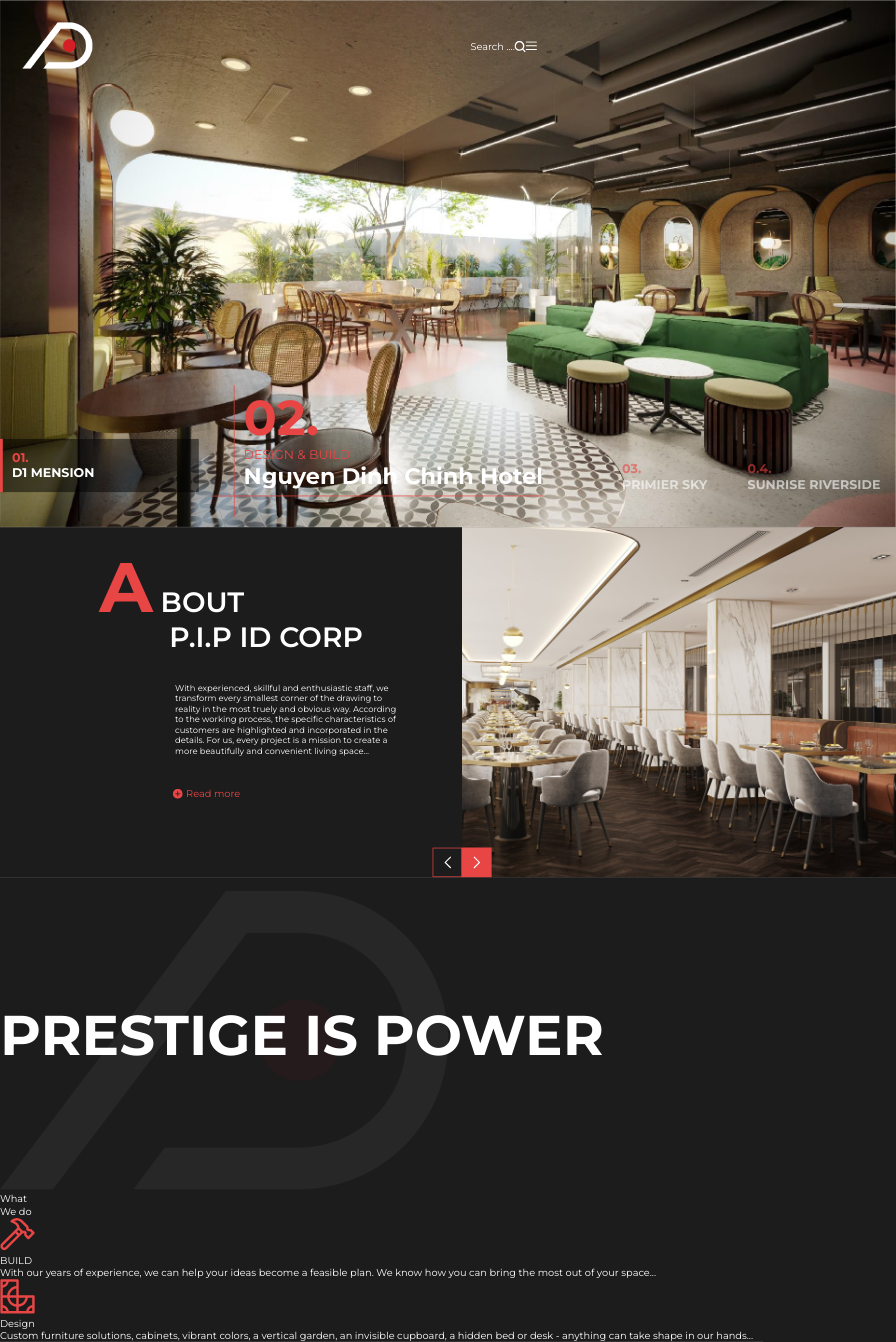
Repository: huudang2840/pipHomePage
Page: index.html
An editor plug-in stored every save of this project. The page is shown before and after a run of saves, followed by the edit.
The browser window is 1280 px wide. The pictures show the whole page, at 70% of full size.

Above is the page before, as saved 2023-03-21 14:52:19.

After the next 2 saves:
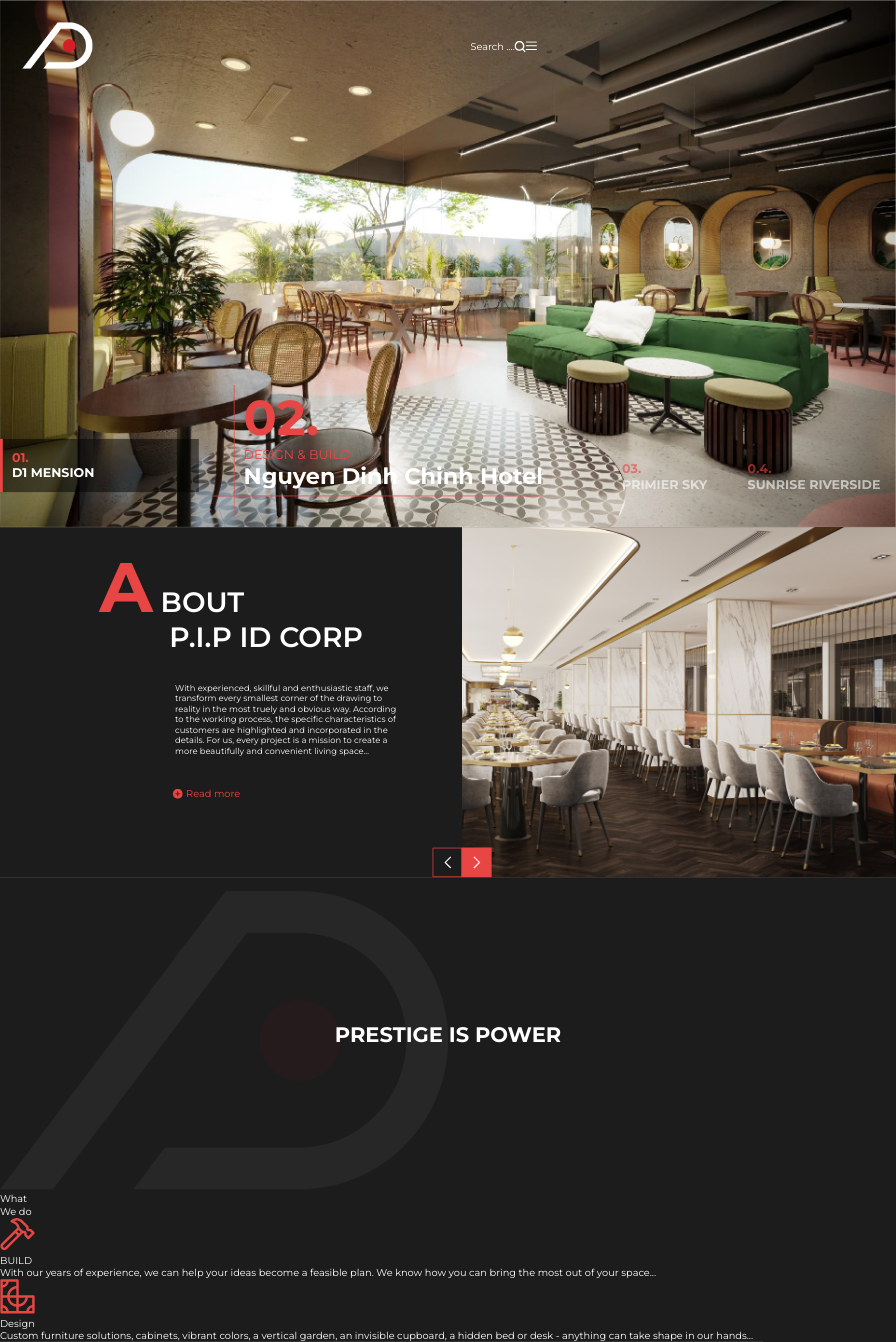
The 2 saves are shown as one change because they came seconds apart.
The last was saved 7 s later.
--- a/style/style.css
+++ b/style/style.css
@@ -249,10 +249,10 @@
   position: absolute;
   top: 50%;
   left: 50%;
-  width: 100%;
+  /* width: 100%; */
   transform: translate(-50%, -50%);
   font-weight: 700;
-  font-size: 80px;
+  font-size: 30px;
   text-transform: uppercase;
 }
 
